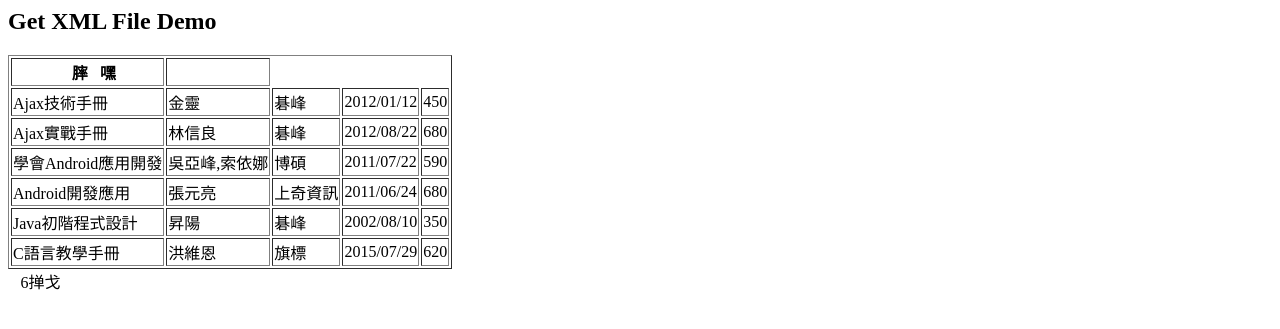
Repository: milkyeway/Ajax
Page: Ajax/src/main/webapp/m04/Fetchjson.html
These files come from the project's save history. The page is drawn as it stood at one moment and after the next save; the edit follows.
The browser window is 1280 px wide. The pictures show the whole page.

Above is the page before, as saved 2022-03-28 02:46:36.
Console error: TypeError: Cannot read properties of null (reading 'getElementsByTagName')

### Ajax/src/main/webapp/m04/Fetchjson.html
<h2>Get XML File Demo</h2>
<table border="1" id="demo"></table>
<script>
	var xhttp = new XMLHttpRequest();
	xhttp.onreadystatechange = function() {
		var xmlDoc = xhttp.responseXML;
		var txt = "<tr><th>膟嘿<th>";
		var books = xmlDoc.getElementsByTagName("book");
		for (let i = 0; i < books.length; i++) {
			txt += "<tr>";
			titles = books[i].getElementsByTagName("title");
			txt += "<td>" + titles[0].firstChild.nodeValue;
			authors = books[i].getElementsByTagName("author");
			txt += "<td>" + authors[0].firstChild.nodeValue;
			publishers = books[i].getElementsByTagName("publisher");
			txt += "<td>" + publishers[0].firstChild.nodeValue;
			publishDates = books[i].getElementsByTagName("publishDate");
			txt += "<td>" + publishDates[0].firstChild.nodeValue;
			prices = books[i].getElementsByTagName("price");
			txt += "<td>" + prices[0].firstChild.nodeValue;
		}
		document.getElementById("demo").innerHTML = txt;
		var body = document.querySelector("body");
		var div = document.createElement("div");
		body.appendChild(div);
		div.innerHTML = "" + books.length + "掸戈";
	}

	xhttp.open("GET", "../res/book1.xml", true);
	xhttp.send();
</script>

After the next save:
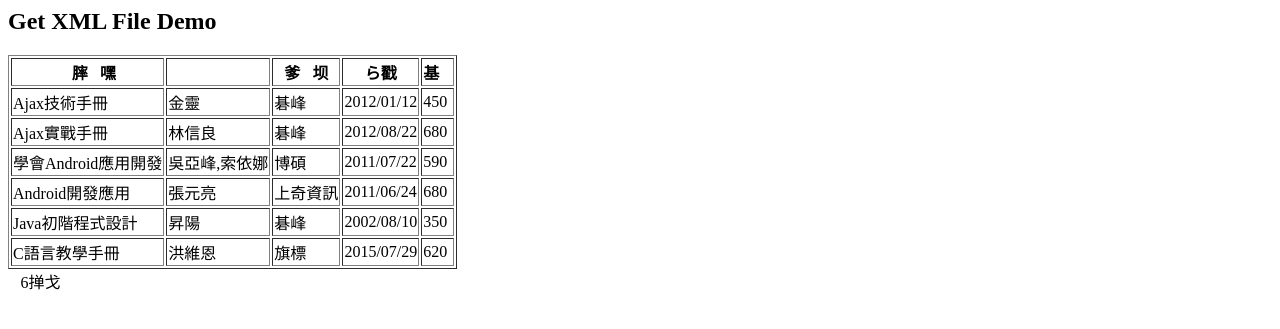
Saved 38 s later.
--- a/Ajax/src/main/webapp/m04/Fetchjson.html
+++ b/Ajax/src/main/webapp/m04/Fetchjson.html
@@ -4,7 +4,7 @@
 	var xhttp = new XMLHttpRequest();
 	xhttp.onreadystatechange = function() {
 		var xmlDoc = xhttp.responseXML;
-		var txt = "<tr><th>膟嘿<th>";
+		var txt = "<tr><th>膟嘿<th><th>爹坝<th>ら戳<th>基";
 		var books = xmlDoc.getElementsByTagName("book");
 		for (let i = 0; i < books.length; i++) {
 			txt += "<tr>";
